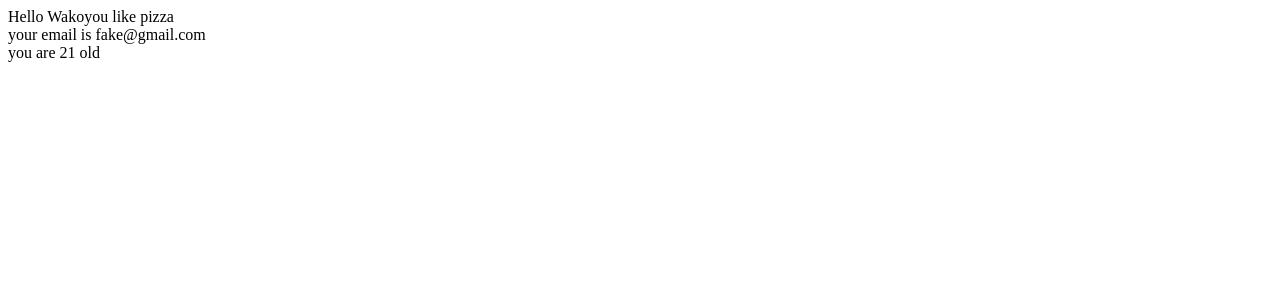
Repository: wakoya-tech/my-php-exercise
Page: http://localhost/
The author's editor kept a copy of each file at every save. The page is drawn from the files as they stood at one save, then again after the next save.
The browser window is 1280 px wide. The pictures show the whole page.
The page is run by PHP 8.4 with error messages shown; the project is at /var/www/html/.

Above is the page before, as saved 2025-12-09 09:42:19.

After the next save:
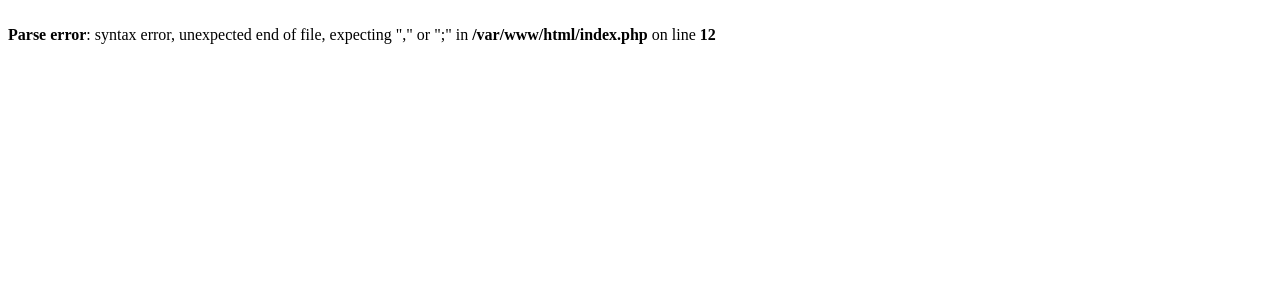
Saved 2 min 32 s later.
--- a/Documents/MyPhp/index.php
+++ b/Documents/MyPhp/index.php
@@ -3,7 +3,9 @@
 $food = "pizza";
 $email = "fake@gmail.com";
 $age = 21;
+$users=2;
 echo "Hello {$name}";
 echo "you like {$food} <br>";
 echo "your email is {$email}<br>";
 echo "you are {$age} old";
+echo "there are {$users} online"

After the save that followed:
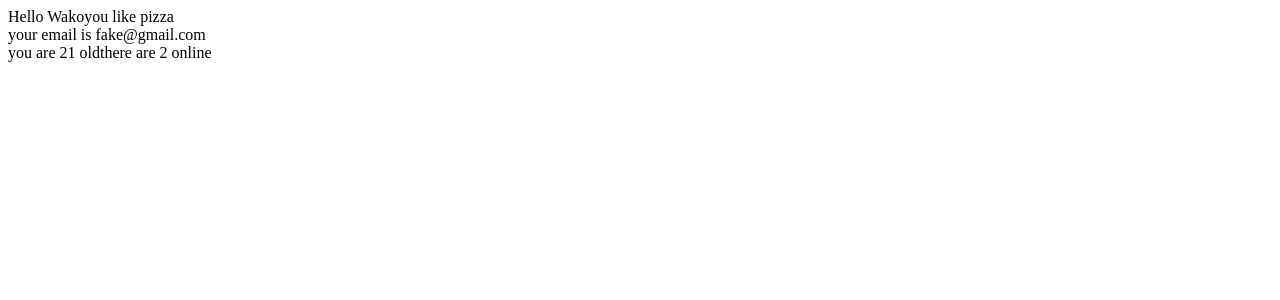
Saved 4 s later.
--- a/Documents/MyPhp/index.php
+++ b/Documents/MyPhp/index.php
@@ -3,9 +3,9 @@
 $food = "pizza";
 $email = "fake@gmail.com";
 $age = 21;
-$users=2;
+$users = 2;
 echo "Hello {$name}";
 echo "you like {$food} <br>";
 echo "your email is {$email}<br>";
 echo "you are {$age} old";
-echo "there are {$users} online"
+echo "there are {$users} online";
